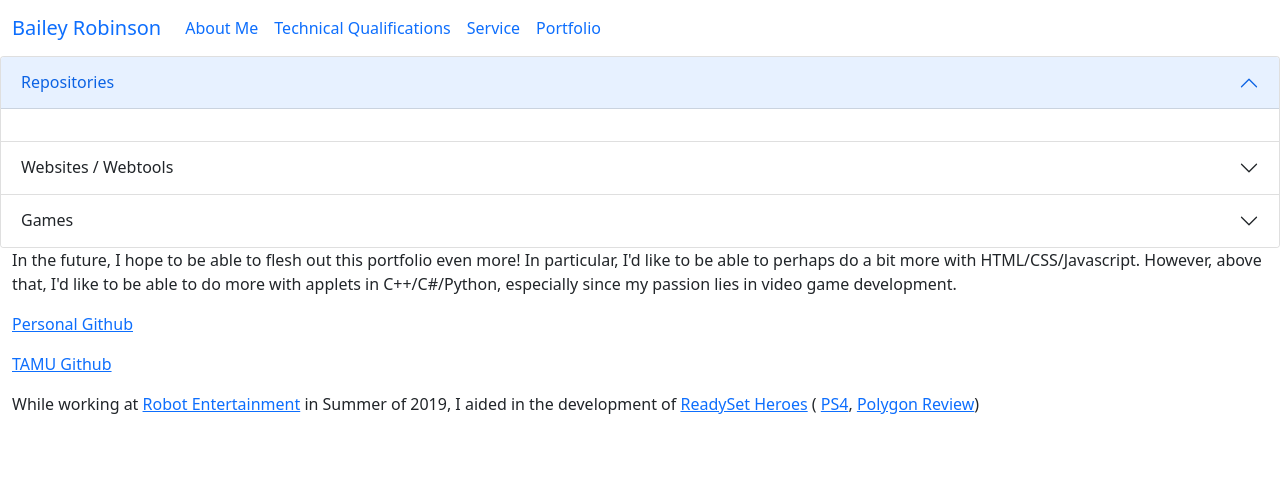
Repository: baileyjrob/personal_website
Page: portfolio.html
The author's editor kept a copy of each file at every save. The page is drawn from the files as they stood at one save, then again after the next save.
The browser window is 1280 px wide. The pictures show the whole page.

Above is the page before, as saved 2022-04-20 13:37:20.

### portfolio.html
<!DOCTYPE html>
<html lang=en>

<head>
    <title>Bailey Robinson</title>
    <meta charset="utf-8">
    <meta name="viewport" content="width=device-width, initial-scale=1">
    <!-- Latest compiled and minified CSS -->
    <link href="https://cdn.jsdelivr.net/npm/bootstrap@5.0.2/dist/css/bootstrap.min.css" rel="stylesheet"
        integrity="sha384-EVSTQN3/azprG1Anm3QDgpJLIm9Nao0Yz1ztcQTwFspd3yD65VohhpuuCOmLASjC" crossorigin="anonymous">

    <!-- jQuery library -->
    <script src="https://ajax.googleapis.com/ajax/libs/jquery/3.5.1/jquery.min.js"></script>

    <!-- Latest compiled JavaScript -->
    <script src="https://cdn.jsdelivr.net/npm/bootstrap@5.0.2/dist/js/bootstrap.bundle.min.js"
        integrity="sha384-MrcW6ZMFYlzcLA8Nl+NtUVF0sA7MsXsP1UyJoMp4YLEuNSfAP+JcXn/tWtIaxVXM"
        crossorigin="anonymous"></script>
</head>

<body>
    <nav class="navbar navbar-expand-lg">
        <div class="container-fluid">
            <a class="navbar-brand" href="index.html">Bailey Robinson</a>
            <button class="navbar-toggler" type="button" data-bs-toggle="collapse"
                data-bs-target="#navbarSupportedContent" aria-controls="navbarSupportedContent" aria-expanded="false"
                aria-label="Toggle navigation">
                <span class="navbar-toggler-icon"></span>
            </button>
            <div class="collapse navbar-collapse" id="navbarSupportedContent">
                <ul class="navbar-nav me-auto mb-2 mb-lg-0">
                    <li class="nav-item"><a class="nav-link" href="about.html">About Me</a></li>
                    <li class="nav-item"><a class="nav-link" href="techqual.html">Technical Qualifications</a></li>
                    <li class="nav-item"><a class="nav-link" href="service.html">Service</a></li>
                    <li class="nav-item"><a class="nav-link active" aria-current="page"
                            href="portfolio.html">Portfolio</a></li>
                </ul>
            </div>
        </div>
    </nav>
    <div class="accordion" id="accordionFields">
        <div class="accordion-item">
            <h2 class="accordion-header" id="headingRepo">
                <button class="accordion-button" type="button" data-bs-toggle="collapse" data-bs-target="#collapseRepo"
                    aria-expanded="true" aria-controls="collapseRepo">
                    Repositories
                </button>
            </h2>
            <div id="collapseRepo" class="accordion-collapse collapse show" aria-labelledby="headingRepo"
                data-bs-parent="#accordionFields">
                <div class="accordion-body">

                </div>
            </div>
        </div>
        <div class="accordion-item">
            <h2 class="accordion-header" id="headingWeb">
                <button class="accordion-button collapsed" type="button" data-bs-toggle="collapse"
                    data-bs-target="#collapseOne" aria-expanded="false" aria-controls="collapseOne">
                    Websites / Webtools
                </button>
            </h2>
            <div id="collapseOne" class="accordion-collapse collapse" aria-labelledby="headingWeb"
                data-bs-parent="#accordionFields">
                <div class="accordion-body">
                    <p>In the Spring of 2021, I developed a <a href="https://ortutoring.herokuapp.com/">website</a> for
                        a student
                        tutoring
                        organization. This website allows tutors to create a virtual sign-in service, as well as allow
                        users to sign-up
                        for
                        tutoring sessions for classes they need help in.
                    </p>
                    <p>In the Fall of 2020, I developed a <a href="secret.html">website</a> that functions as a way for
                        someone to
                        attend a concert by organizing and condensing the purchase of tickets, hotels, and flights all
                        into one convenient
                        location. This was my first real attempt at building a website and working with a team to
                        develop software </p>
                </div>
            </div>
        </div>
        <div class="accordion-item">
            <h2 class="accordion-header" id="headingGames">
                <button class="accordion-button collapsed" type="button" data-bs-toggle="collapse"
                    data-bs-target="#collapseTwo" aria-expanded="false" aria-controls="collapseTwo">
                    Games
                </button>
            </h2>
            <div id="collapseTwo" class="accordion-collapse collapse" aria-labelledby="headingGames"
                data-bs-parent="#accordionFields">
                <div class="accordion-body">
                    Placeholder
                </div>
            </div>
        </div>
    </div>
    <div class="container-fluid">
        <p> In the future, I hope to be able to flesh out this portfolio even more! In particular, I'd like to be able
            to
            perhaps do a bit more with HTML/CSS/Javascript. However, above that, I'd like to be able to do more with
            applets
            in
            C++/C#/Python, especially since my passion lies in video game development.</p>
        <p><a href="https://github.com/baileyjrob">Personal Github</a></p>
        <p><a href="https://github.tamu.edu/baileyjrob">TAMU Github</a></p>
        <p>While working at
            <a href="https://robotentertainment.com/">Robot Entertainment</a>
            in Summer of 2019, I aided in the development of
            <a href="https://www.epicgames.com/store/en-US/product/readyset-heroes/home">
                ReadySet Heroes</a> (
            <a href="https://www.playstation.com/en-us/games/readyset-heroes-ps4/">PS4</a>,
            <a
                href="https://www.polygon.com/2019/9/5/20851325/readyset-heroes-preview-release-date-pc-epic-ps4-trailer">
                Polygon Review</a>)
        </p>
    </div>
</body>

</html>

After the next save:
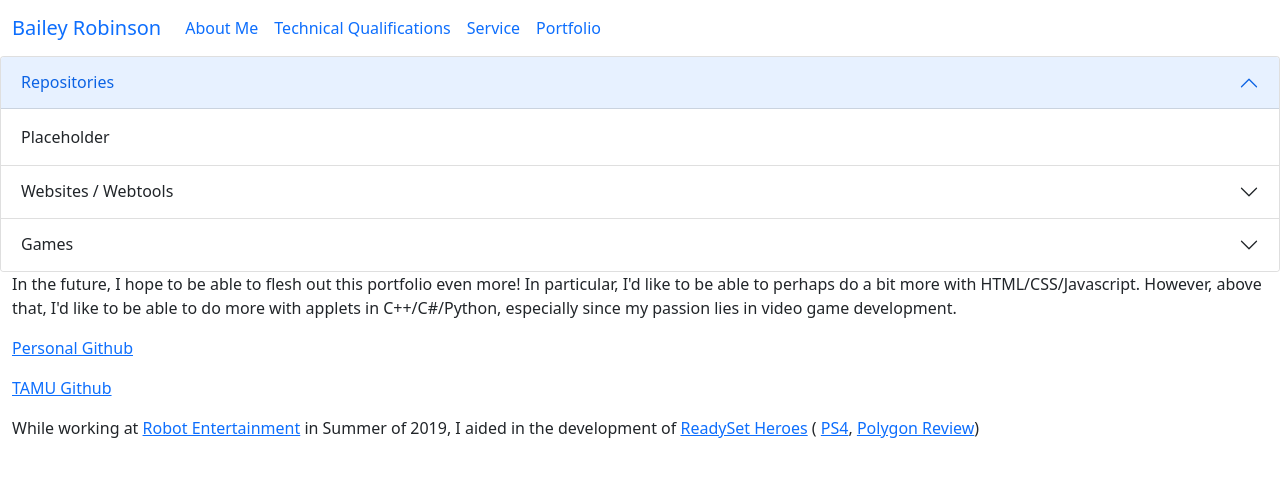
Saved 10 s later.
--- a/portfolio.html
+++ b/portfolio.html
@@ -49,7 +49,7 @@
             <div id="collapseRepo" class="accordion-collapse collapse show" aria-labelledby="headingRepo"
                 data-bs-parent="#accordionFields">
                 <div class="accordion-body">
-
+                    Placeholder
                 </div>
             </div>
         </div>
